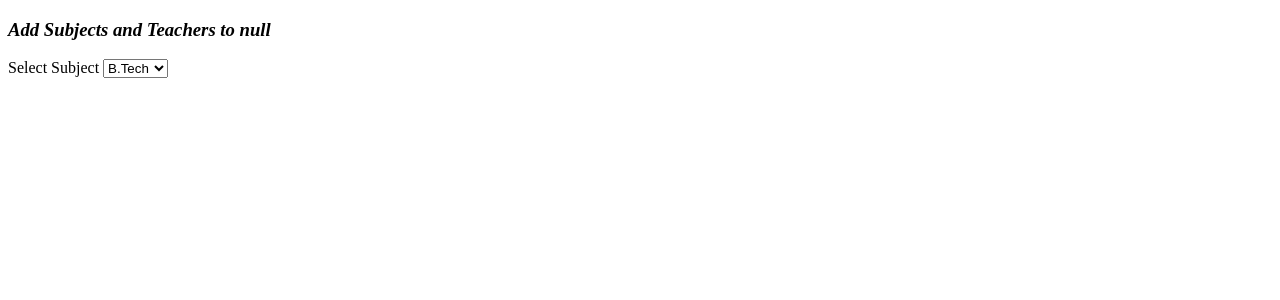
Repository: shubhamsingh331/Learners_Academy
Page: http://localhost/LearnersAcademy/Department/Assign.jsp
An editor plug-in stored every save of this project. The page is shown before and after the next save, followed by the edit.
The browser window is 1280 px wide. The pictures show the whole page.
The page is served by Tomcat 9. Queries for data that is not in the repository find no rows.

Above is the page before, as saved 2023-10-10 09:07:22.

After the next save:
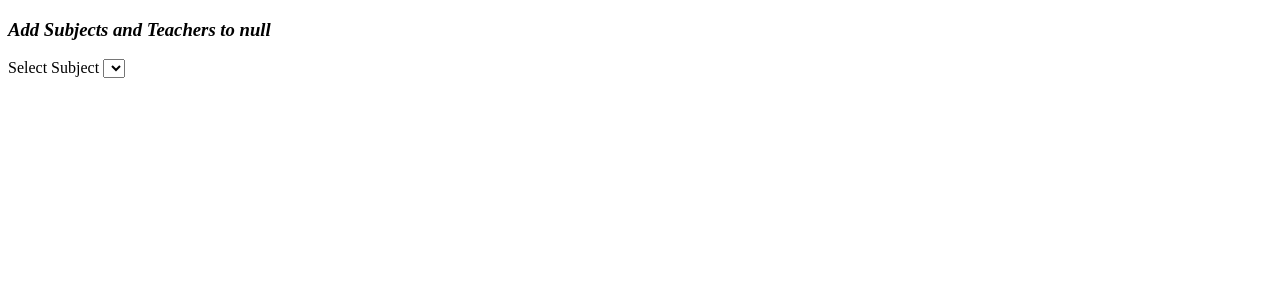
Saved 2 min 55 s later.
--- a/LearnersAcademy/src/main/webapp/Department/Assign.jsp
+++ b/LearnersAcademy/src/main/webapp/Department/Assign.jsp
@@ -1,3 +1,6 @@
+<%@page import="teachers.TeachersPojo"%>
+<%@page import="java.util.List"%>
+<%@page import="teachers.TeachersDAO"%>
 <%@ page language="java" contentType="text/html; charset=ISO-8859-1"
     pageEncoding="ISO-8859-1"%>
 <!DOCTYPE html>
@@ -9,10 +12,14 @@
 <body>
 <h3><i>Add Subjects and Teachers to <%=request.getParameter("dept") %></i></h3>
 Select Subject <select>
-<option>B.Tech</option>
-<option>M.Tech</option>
-<option>BBA</option>
-<option>BCA</option>
+<%
+TeachersDAO dao = new TeachersDAO();
+List<TeachersPojo> list = dao.option();
+
+for(TeachersPojo t:list){
+%>
+<option value="<%=t.getId()%>"><%=t.getFname() %><%=t.getLname() %></option>
+<%} %>
 </select>
 
 </body>
